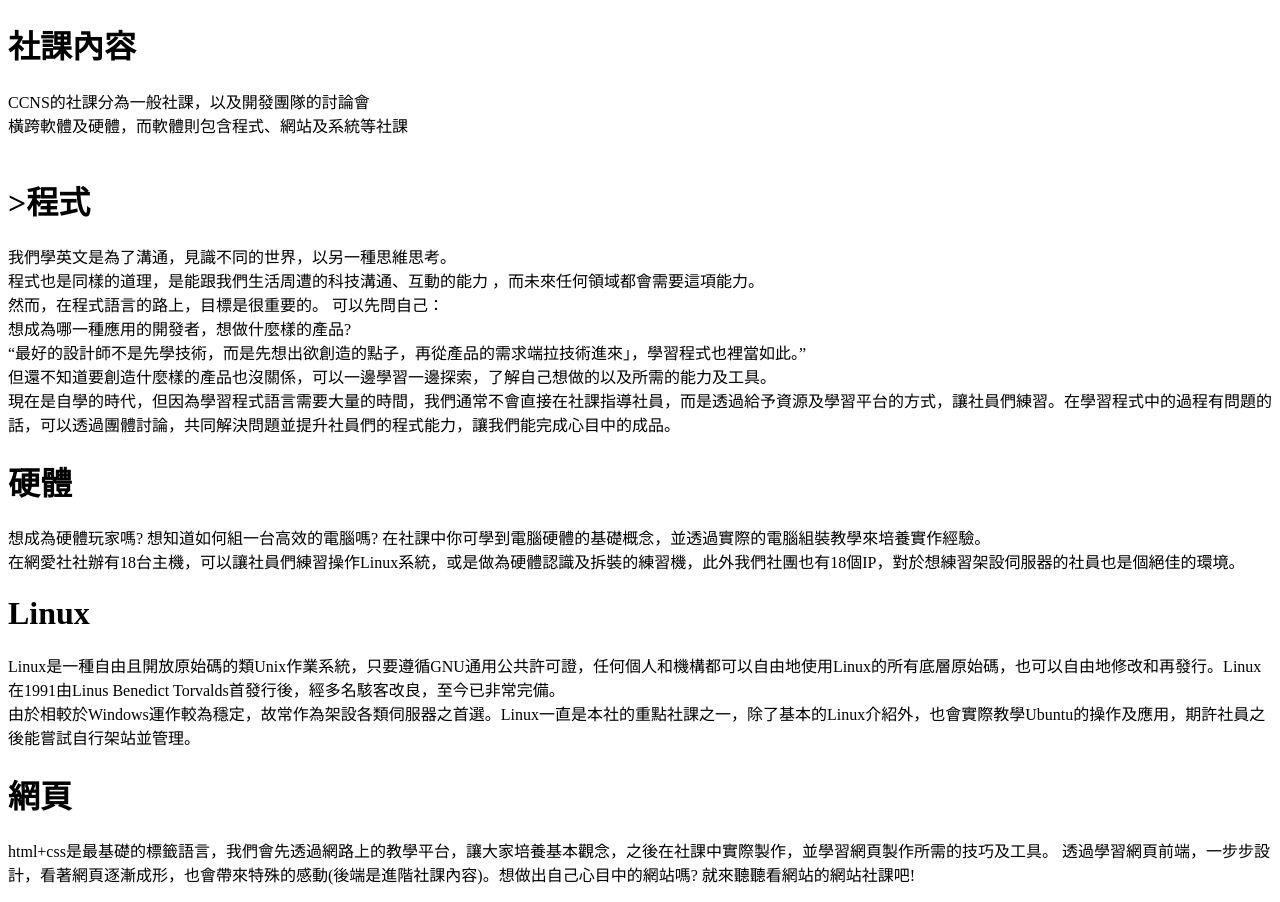
Repository: ccns/ccns_website
Page: classes.html
The author's editor kept a record of every edit. The page is drawn from the files as they stood at one moment, then again after the next edit.
The browser window is 1280 px wide. The pictures show the whole page.

Above is the page before.

### classes.html
<!DOCTYPE html>
<html>
<head>
	<div id="DivClubClassContent">
		<h1>社課內容</h1>
		<p>CCNS的社課分為一般社課，以及開發團隊的討論會
		<br>橫跨軟體及硬體，而軟體則包含程式、網站及系統等社課
		<br></p>

		<h1 style="margin-top:40px;" >>程式</h1>
		<p>我們學英文是為了溝通，見識不同的世界，以另一種思維思考。
		<br>程式也是同樣的道理，是能跟我們生活周遭的科技溝通、互動的能力 ，而未來任何領域都會需要這項能力。
		<br>然而，在程式語言的路上，目標是很重要的。 可以先問自己：
		<br>想成為哪一種應用的開發者，想做什麼樣的產品?
		<br>“最好的設計師不是先學技術，而是先想出欲創造的點子，再從產品的需求端拉技術進來」，學習程式也裡當如此。”
		<br>但還不知道要創造什麼樣的產品也沒關係，可以一邊學習一邊探索，了解自己想做的以及所需的能力及工具。
		<br>現在是自學的時代，但因為學習程式語言需要大量的時間，我們通常不會直接在社課指導社員，而是透過給予資源及學習平台的方式，讓社員們練習。在學習程式中的過程有問題的話，可以透過團體討論，共同解決問題並提升社員們的程式能力，讓我們能完成心目中的成品。
		<br></p>

		<h1>硬體</h1>
		<p>想成為硬體玩家嗎?  想知道如何組一台高效的電腦嗎?  在社課中你可學到電腦硬體的基礎概念，並透過實際的電腦組裝教學來培養實作經驗。
		<br>在網愛社社辦有18台主機，可以讓社員們練習操作Linux系統，或是做為硬體認識及拆裝的練習機，此外我們社團也有18個IP，對於想練習架設伺服器的社員也是個絕佳的環境。
		<br></p>

		<h1>Linux</h1>
		<p>Linux是一種自由且開放原始碼的類Unix作業系統，只要遵循GNU通用公共許可證，任何個人和機構都可以自由地使用Linux的所有底層原始碼，也可以自由地修改和再發行。Linux在1991由Linus Benedict Torvalds首發行後，經多名駭客改良，至今已非常完備。
		<br>由於相較於Windows運作較為穩定，故常作為架設各類伺服器之首選。Linux一直是本社的重點社課之一，除了基本的Linux介紹外，也會實際教學Ubuntu的操作及應用，期許社員之後能嘗試自行架站並管理。
		<br></p>

		<h1>網頁</h1>
		<p>html+css是最基礎的標籤語言，我們會先透過網路上的教學平台，讓大家培養基本觀念，之後在社課中實際製作，並學習網頁製作所需的技巧及工具。  透過學習網頁前端，一步步設計，看著網頁逐漸成形，也會帶來特殊的感動(後端是進階社課內容)。想做出自己心目中的網站嗎? 就來聽聽看網站的網站社課吧!
		<br></p>

	</div>

</head>
<body>
</body>
</html>

After the next edit:
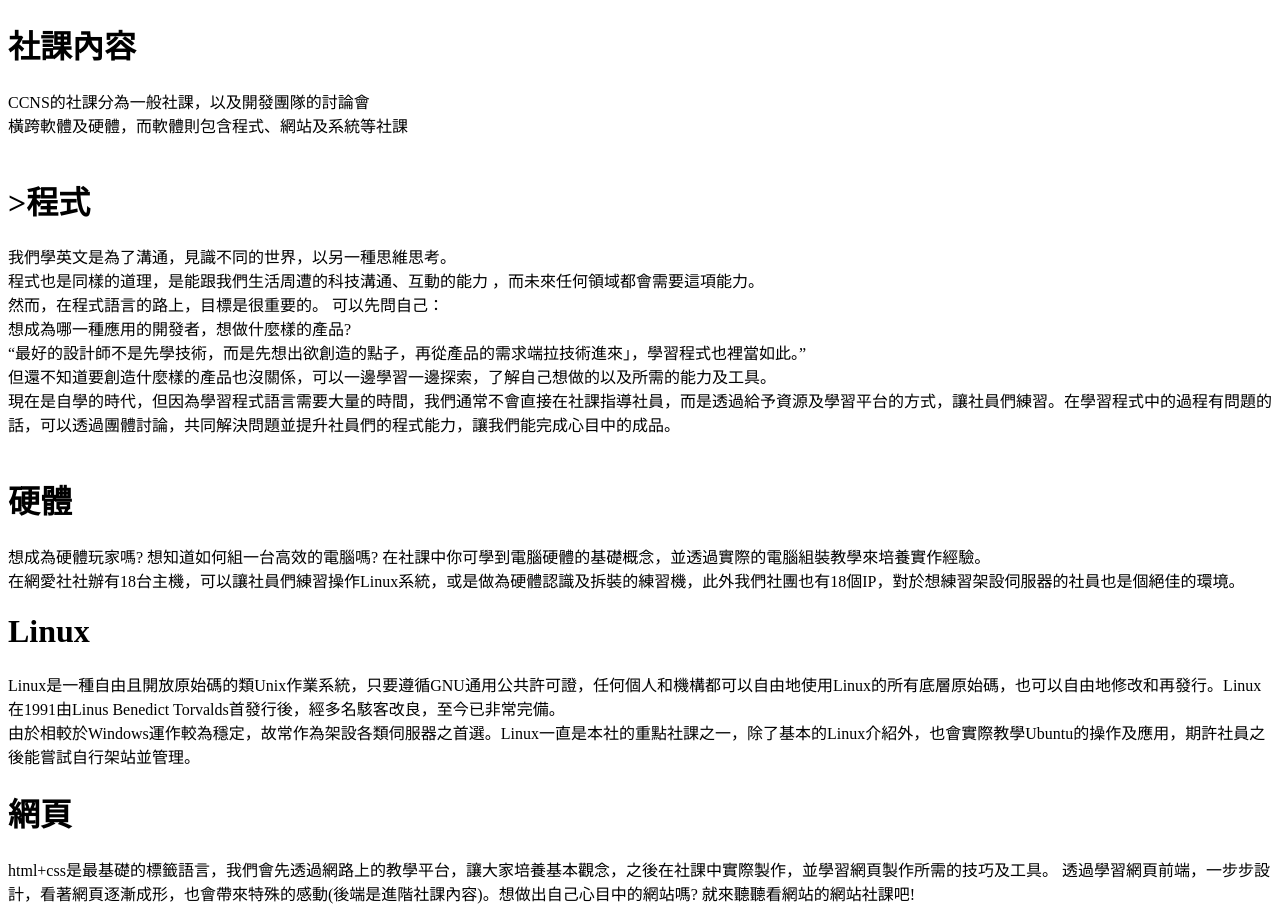
The edit:
--- a/classes.html
+++ b/classes.html
@@ -17,7 +17,7 @@
 		<br>現在是自學的時代，但因為學習程式語言需要大量的時間，我們通常不會直接在社課指導社員，而是透過給予資源及學習平台的方式，讓社員們練習。在學習程式中的過程有問題的話，可以透過團體討論，共同解決問題並提升社員們的程式能力，讓我們能完成心目中的成品。
 		<br></p>
 
-		<h1>硬體</h1>
+		<h1 style="margin-top:40px;" >硬體</h1>
 		<p>想成為硬體玩家嗎?  想知道如何組一台高效的電腦嗎?  在社課中你可學到電腦硬體的基礎概念，並透過實際的電腦組裝教學來培養實作經驗。
 		<br>在網愛社社辦有18台主機，可以讓社員們練習操作Linux系統，或是做為硬體認識及拆裝的練習機，此外我們社團也有18個IP，對於想練習架設伺服器的社員也是個絕佳的環境。
 		<br></p>
